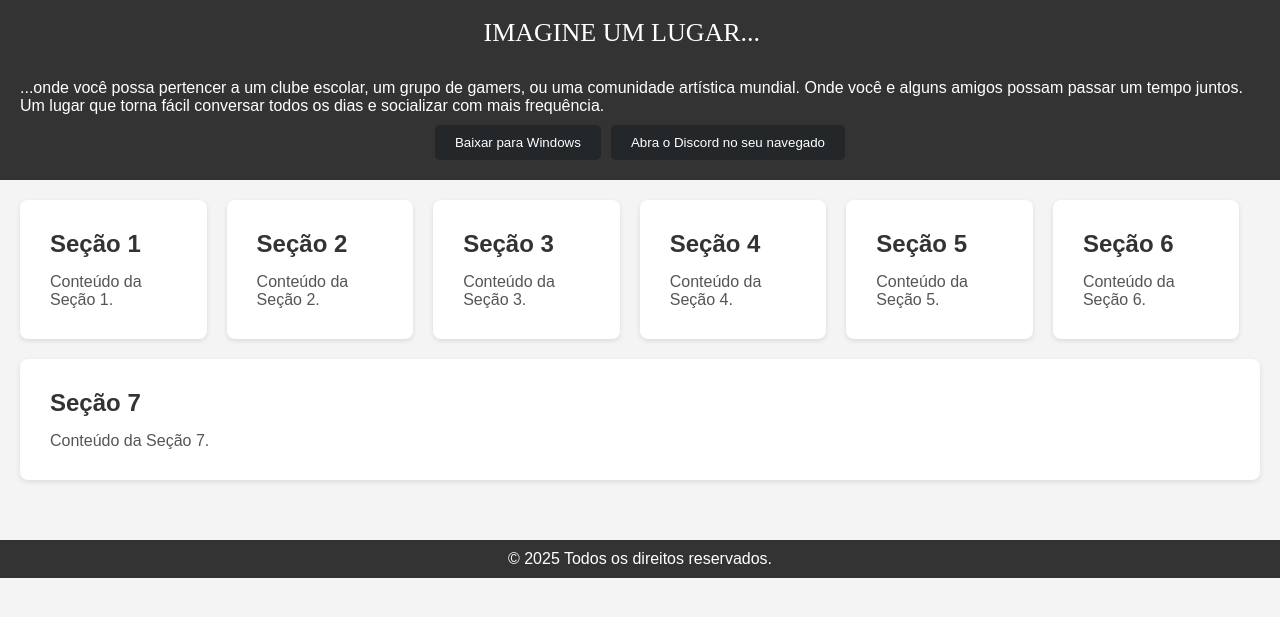
Repository: gustavotwist/projeto-discord
Page: index.html
The author's editor kept a copy of each file at every save. The page is drawn from the files as they stood at one save, then again after the next save.
The browser window is 1280 px wide. The pictures show the whole page.

Above is the page before, as saved 2025-03-10 10:12:23.

### index.html
<!DOCTYPE html>
<html lang="pt-br">
<head>
    <meta charset="UTF-8">
    <meta name="viewport" content="width=device-width, initial-scale=1.0">
    <title>Desafio de Responsividade</title>
    <link rel="stylesheet" href="/css/style.css">
</head>
<body>
    <!-- Header -->
    <header>
        <h1>IMAGINE UM LUGAR...</h1>
        <p>...onde você possa pertencer a um clube escolar, um grupo de gamers, ou uma comunidade artística mundial. Onde você e alguns amigos possam passar um tempo juntos. Um lugar que torna fácil conversar todos os dias e socializar com mais frequência.</p>
        <div class="header-buttons">
            <button class="btn login-btn">Baixar para Windows</button>
            <button class="btn signup-btn">Abra o Discord no seu navegado</button>
        </div>
    </header>

    <!-- Main -->
    <main>
        <!-- Container para as 7 seções (6 lado a lado e a 7ª embaixo) -->
        <div class="section-container">
            <!-- Section 1 -->
            <section id="section1">
                <h2>Seção 1</h2>
                <p>Conteúdo da Seção 1.</p>
            </section>

            <!-- Section 2 -->
            <section id="section2">
                <h2>Seção 2</h2>
                <p>Conteúdo da Seção 2.</p>
            </section>

            <!-- Section 3 -->
            <section id="section3">
                <h2>Seção 3</h2>
                <p>Conteúdo da Seção 3.</p>
            </section>

            <!-- Section 4 -->
            <section id="section4">
                <h2>Seção 4</h2>
                <p>Conteúdo da Seção 4.</p>
            </section>

            <!-- Section 5 -->
            <section id="section5">
                <h2>Seção 5</h2>
                <p>Conteúdo da Seção 5.</p>
            </section>

            <!-- Section 6 -->
            <section id="section6">
                <h2>Seção 6</h2>
                <p>Conteúdo da Seção 6.</p>
            </section>

            <!-- Section 7 -->
            <section id="section7">
                <h2>Seção 7</h2>
                <p>Conteúdo da Seção 7.</p>
            </section>
        </div>
    </main>

    <!-- Footer -->
    <footer>
        <p>&copy; 2025 Todos os direitos reservados.</p>
    </footer>
</body>
</html>

### css/style.css
/* Reset de estilos */
* {
    margin: 0;
    padding: 0;
    box-sizing: border-box;
}

/* Corpo e fontes */
body {
    font-family: Arial, sans-serif;
    background-color: #f4f4f4;
    color: #333;
}

/* Header */
header {
    background-color: #333;
    color: white;
    display: flex;
    flex-direction: column;
    justify-content: center;
    align-items: center;
    padding: 20px;
    height: 25vh;
}

header h1{
    font-family:Luckiest Guy;
    font-weight: 400;
    font-size: 26px;
    line-height: 100%;
    letter-spacing: 0%;
    width: 313px;
    height: 112px;
}


/* Botões no header */
/* Estilos para o contêiner de botões */
.header-buttons {
    display: flex;
    gap: 10px; /* Espaçamento entre os botões */
    margin-top: 10px; /* Distância entre os botões e a navegação */
    justify-content: center; /* Alinha os botões ao centro horizontalmente */
    align-items: center; /* Alinha os botões ao centro verticalmente */
}


/* Estilos gerais para os botões */
.header-buttons .btn {
    color: white;
    border: none;
    padding: 10px 20px;
    border-radius: 5px;
    cursor: pointer;
    transition: background-color 0.3s ease; /* Transição suave para o efeito de hover */
}

/* Botão de Entrar - Cor de fundo e hover específicos */
.header-buttons .login-btn {
    background-color: #23272A; /* Cor de fundo para o botão "Entrar" */
}

.header-buttons .login-btn:hover {
    background-color: #23272A ; /* Cor de fundo mais escura ao passar o mouse */
}

/* Botão de Registrar - Cor de fundo e hover específicos */
.header-buttons .signup-btn {
    background-color: #23272A; /* Cor de fundo para o botão "Registrar" */
}

.header-buttons .signup-btn:hover {
    background-color: #23272A; /* Cor de fundo mais escura ao passar o mouse */
}


/* Main */
main {
    padding: 20px;
}

/* Container para as 7 seções (6 lado a lado e a 7ª embaixo) */
.section-container {
    display: flex;
    flex-wrap: wrap; /* Para que as seções se ajustem em múltiplas linhas */
    gap: 20px; /* Espaçamento entre as seções */
}

/* Estilo para cada seção */
section {
    background-color: white;
    padding: 30px;
    margin: 0;
    border-radius: 8px;
    box-shadow: 0 2px 5px rgba(0, 0, 0, 0.1);
    transition: transform 0.3s ease;
}

/* Largura das seções */
section:nth-child(-n+6) {
    width: calc(16.66% - 20px); /* Para as 6 primeiras seções ficarem lado a lado */
}

section:nth-child(7) {
    width: 100%; /* A 7ª seção ocupa toda a largura da tela */
}

section h2 {
    margin-bottom: 15px;
    font-size: 1.5rem;
    color: #333;
}

section p {
    font-size: 1rem;
    color: #555;
}

section:hover {
    transform: translateY(-5px); /* Efeito de elevação ao passar o mouse */
}

/* Footer */
footer {
    background-color: #333;
    color: white;
    text-align: center;
    padding: 10px 0;
    margin-top: 40px;
}

/* Responsividade */
@media (max-width: 768px) {
    /* Ajuste para Header */
    header {
        flex-direction: column;
        align-items: flex-start;
        padding: 20px;
    }

    header nav ul {
        flex-direction: column;
        margin-top: 20px;
    }

    header nav ul li {
        margin-left: 0;
        margin-bottom: 10px;
    }

    /* Ajuste para Seções */
    section {
        width: 100%; /* Seções ocupam toda a largura em telas menores */
        padding: 20px;
    }

    /* Ajuste para Botões */
    .header-buttons {
        flex-direction: column;
        margin-top: 10px;
    }
}

@media (max-width: 480px) {
    /* Ajuste para texto no Footer */
    footer p {
        font-size: 0.8rem;
    }
}

After the next save:
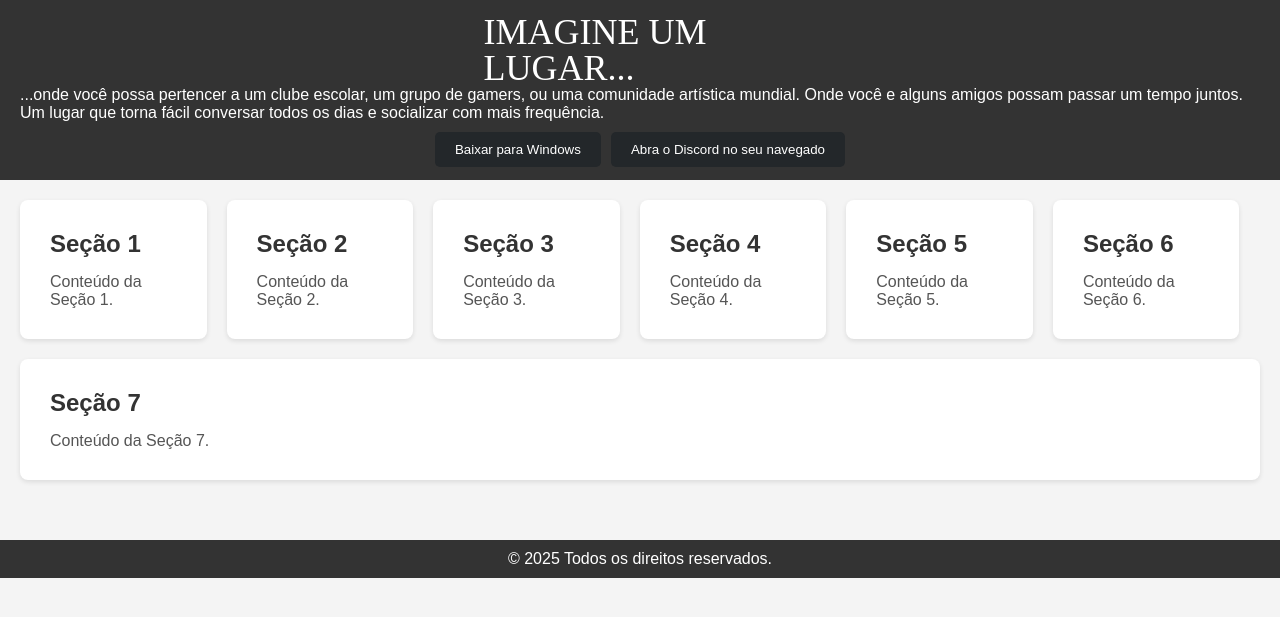
Saved 5 s later.
--- a/css/style.css
+++ b/css/style.css
@@ -27,7 +27,7 @@ header {
 header h1{
     font-family:Luckiest Guy;
     font-weight: 400;
-    font-size: 26px;
+    font-size: 36px;
     line-height: 100%;
     letter-spacing: 0%;
     width: 313px;
